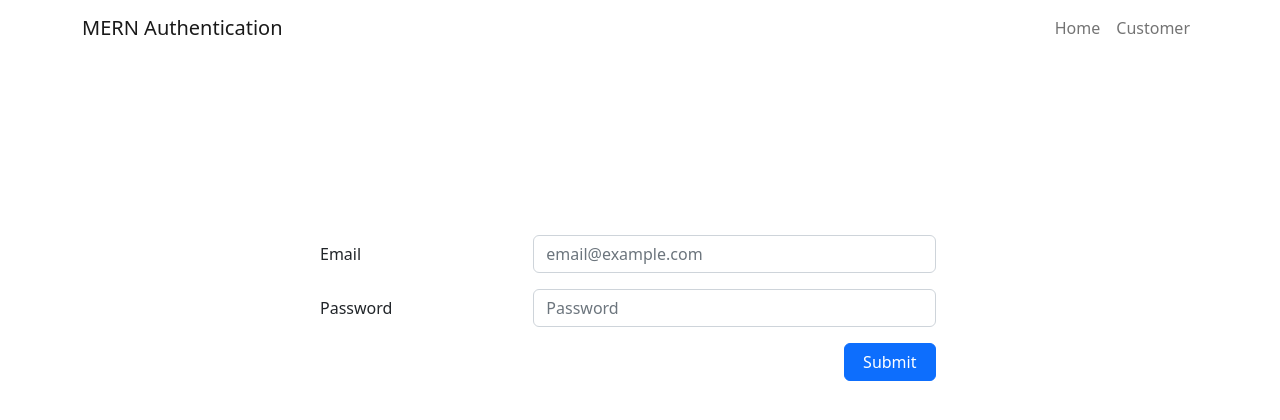
Repository: RubaHusam/MERN-Auth
Page: /login (app in frontend/)
The author's editor kept a copy of each file at every save. The page is drawn from the files as they stood at one save, then again after a run of saves.
The browser window is 1280 px wide. The pictures show the whole page.
The page's requests for data from a server got no answer. The project was rebuilt for these pictures with package versions that can differ from the ones it lists, and the page was loaded fresh each time. No one was signed in, and anything a server would have sent is missing. Also part of the build but not shown: frontend/src/components/Auth/Register.js.

Above is the page before, as saved 2023-01-29 21:19:03.

After the next 3 saves:
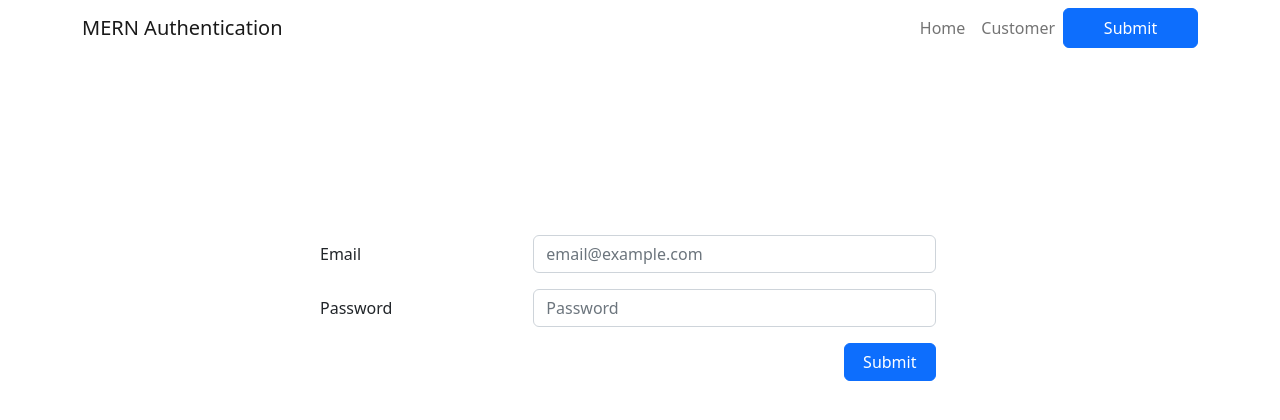
The 3 saves are shown as one change because 2 did not build or start.
The last was saved 80 s later.
--- a/frontend/src/components/Layout/Header.js
+++ b/frontend/src/components/Layout/Header.js
@@ -2,6 +2,7 @@ import React, { useContext } from 'react';
 import { Nav, Navbar, Container } from 'react-bootstrap';
 import { Link } from 'react-router-dom';
 import AuthContext from '../context/AuthContext';
+import LogoutBtn from '../Auth/LogoutBtn';
 
 export default function Header() {
   const loggedIn = useContext(AuthContext);
@@ -42,12 +43,15 @@ export default function Header() {
                   </Nav.Link>
                 </>
               ) : (
-                <Nav.Link
-                  as={Link}
-                  to='/customer'
-                  style={{ textDecoration: 'none' }}>
-                  Customer
-                </Nav.Link>
+                <>
+                  <Nav.Link
+                    as={Link}
+                    to='/customer'
+                    style={{ textDecoration: 'none' }}>
+                    Customer
+                  </Nav.Link>
+                  <LogoutBtn />
+                </>
               )}
             </Nav>
           </Navbar.Collapse>
